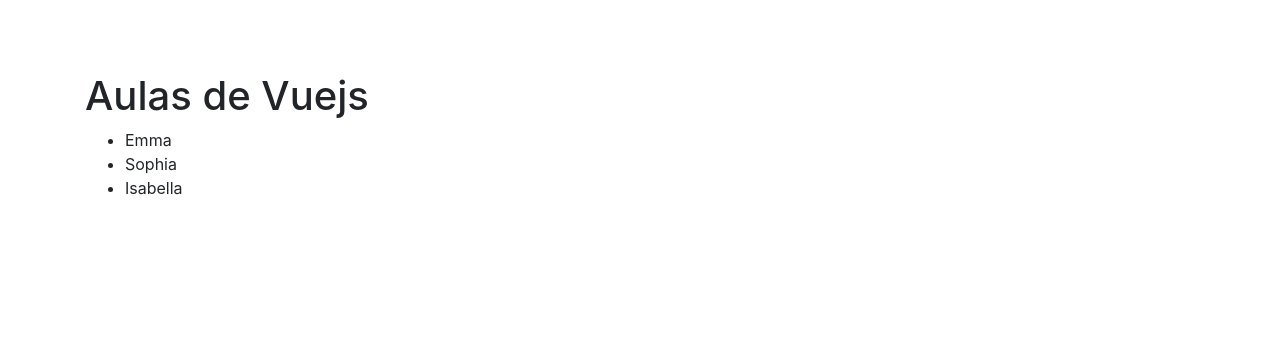
Repository: wolwerr/VueJs-Ninja
Page: Aula-20.html
These files come from the project's save history. The page is drawn as it stood at one moment and after the next save; the edit follows.
The browser window is 1280 px wide. The pictures show the whole page.

Above is the page before, as saved 2021-10-29 10:49:53.

### Aula-20.html
<!DOCTYPE html>
<html lang="en">
<head>
    <meta charset="UTF-8">
    <meta http-equiv="X-UA-Compatible" content="IE=edge">
    <meta name="viewport" content="width=device-width, initial-scale=1.0">
    <meta http-equiv="X-UA-Compatible" content="IE=edge">
    <title>Aulas de Vuejs</title>
    <link rel="stylesheet" href="https://stackpath.bootstrapcdn.com/bootstrap/4.3.1/css/bootstrap.min.css">
    </head>
    <body>
    <div id="app">
        <br><br><br>

        <div class="container">
        <h1 ref="title">{{ titulo }}</h1>

        <component :is="movie"></component>

        <!-- <transformers v-if="movie == 'transformers'"></transformers>
        <gameOfThrones v-if="movie == 'game-of-thrones'"></gameOfThrones> -->

        <ul ref="users">
            <li v-for="(item, index) in users" :key="item.name">{{ item.name }}<a @click.stop.prevent='remove(index)'></a></li>
        </ul>
        </div>
        </div>

        <template id="transformers">
            <div>
                <h4>Transformers</h4>
                <ul>
                    <li v-for="item in transformers">{{ item.name }}</li>
                </ul>
            </div>
        </template>

        <template id="gameOfThrones">
            <div>
                <h4>Game Of Thrones</h4>
                <ul>
                    <li v-for="item in gameOfThrones">{{ item.name }}</li>
                </ul>
            </div>
        </template>

    <script src="https://unpkg.com/vue"></script>

    <script>

        Vue.component('transformers', {
            template: '#transformers',
            data(){
                return {
                transformers: [
                {name: 'Optimus Prime'},
                {name: 'Bumble Bee'},
                {name: 'Megatron'}
            ],
        }
    }
}),

        Vue.component('game-of-thrones', {
            template: '#gameOfThrones',
            data() {
                return {
                    gameOfThrones: [
                        {name: 'John Snow'},
                        {name: 'Garlatic'},
                        {name: 'Smeagol'}
            ]
        }
    }
});

    var app = new Vue({
        el: "#app",

        mounted() {
            console.log(this.$refs.users)
        },

        data: {
            titulo: "Aulas de Vuejs",
            users: [
                {name: "Emma"},
                {name: "Sophia"},
                {name: "Isabella"},
            ],
            movie:'gameOfThrones',
        },

        methods: {
            remove(index) {
                this.users.splice(index, 1);
            }
        }

});

</script>
</body>
</html>

After the next save:
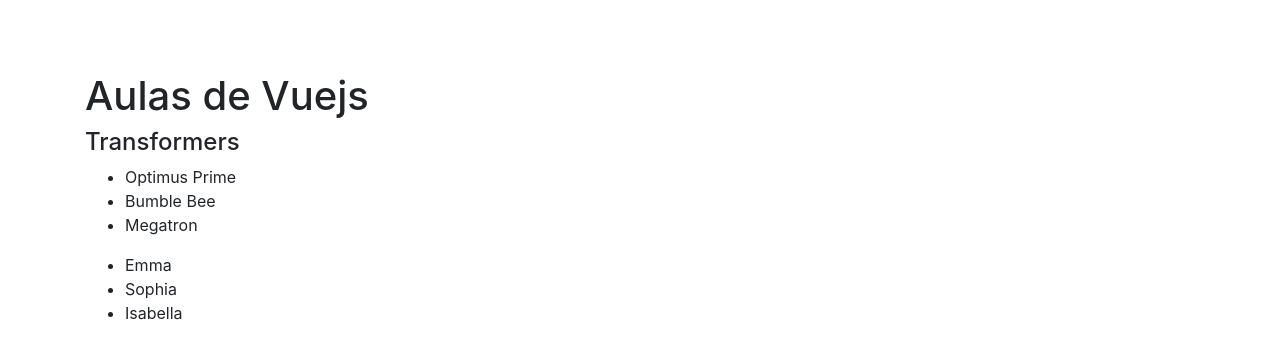
Saved 45 s later.
--- a/Aula-20.html
+++ b/Aula-20.html
@@ -88,7 +88,7 @@
                 {name: "Sophia"},
                 {name: "Isabella"},
             ],
-            movie:'gameOfThrones',
+            movie:'transformers',
         },
 
         methods: {

After the save that followed:
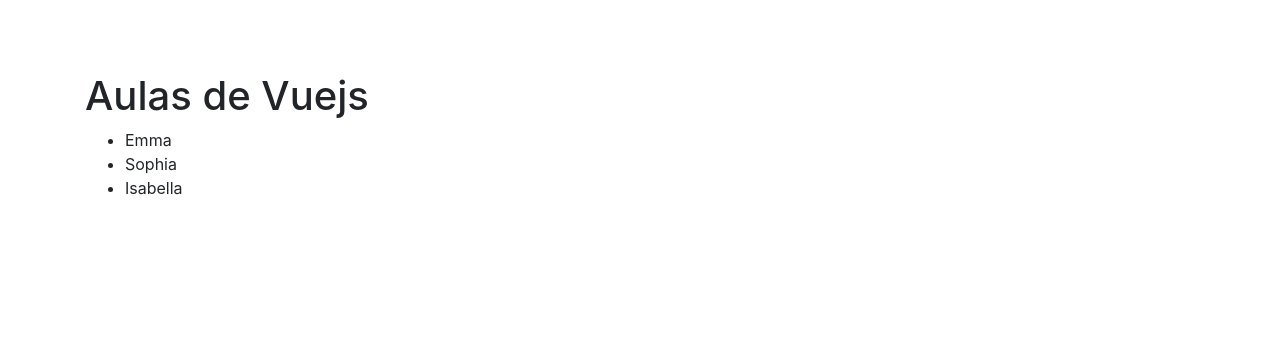
Saved 12 s later.
--- a/Aula-20.html
+++ b/Aula-20.html
@@ -88,7 +88,7 @@
                 {name: "Sophia"},
                 {name: "Isabella"},
             ],
-            movie:'transformers',
+            movie:'gameOfThrones',
         },
 
         methods: {
